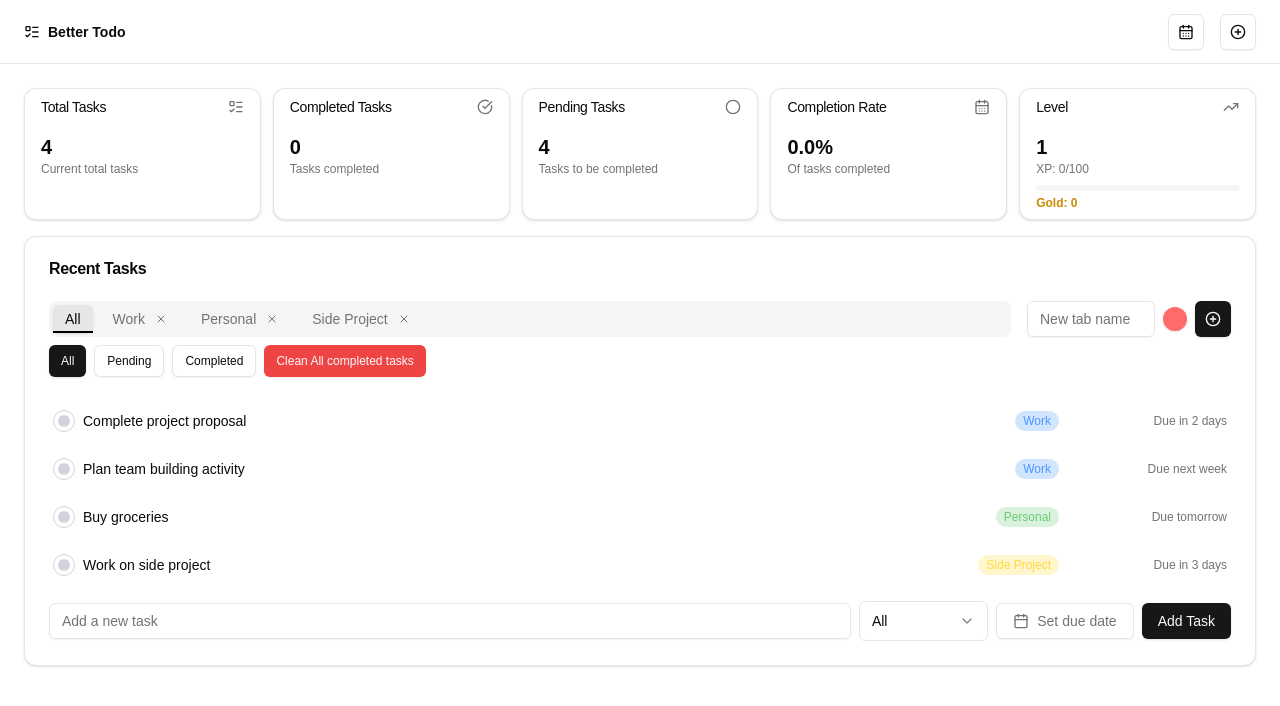
Repository: malikbarbier7/better-todo
Page: /dashboard
These files come from the project's save history. The page is drawn as it stood at one moment and after the next save; the edit follows.
The browser window is 1280 px wide. The pictures show the whole page.
The project was rebuilt for these pictures with package versions that can differ from the ones it lists, and the page was loaded fresh each time. The framework's server and built-in components were replaced by stand-ins that run in the browser. Also part of the build but not shown: next.config.js, next.config.mjs, components/ui/calendar.tsx.

Above is the page before, as saved 2024-10-04 15:02:58.

### app/dashboard/page.tsx
import { Dashboard } from '@/components/dashboard'

export default function DashboardPage() {
  return <Dashboard />
}

### components/dashboard.tsx
'use client'

import React from 'react'
import { Button } from "@/components/ui/button"
import { Card, CardContent, CardHeader, CardTitle } from "@/components/ui/card"
import { Input } from "@/components/ui/input"
import { Tabs, TabsContent, TabsList, TabsTrigger } from "@/components/ui/tabs"
import { CalendarDays, CheckCircle, Circle, ListTodo, PlusCircle, X, ChevronDown, TrendingUp, Calendar as CalendarIcon } from "lucide-react"
import { Progress } from "@/components/ui/progress"
import {
  Select,
  SelectContent,
  SelectItem,
  SelectTrigger,
  SelectValue,
} from "@/components/ui/select"
import { Calendar } from "@/components/ui/calendar"
import {
  Popover,
  PopoverContent,
  PopoverTrigger,
} from "@/components/ui/popover"
import { format, formatDistanceToNow } from "date-fns"
import { cn } from "@/lib/utils"

const pasteColors = [
  '#FF6B6B', // Rouge légèrement pâle
  '#4ECDC4', // Turquoise (bleu-vert) légèrement pâle
  '#FFD93D', // Jaune légèrement pâle
  '#6BCB77', // Vert légèrement pâle
  '#4D96FF', // Bleu légèrement pâle
  '#FF9A8B', // Orange-rose légèrement pâle
  '#9B59B6', // Violet légèrement pâle
  '#FF8C00', // Orange légèrement pâle
];

type Task = {
  id: number;
  name: string;
  status: 'pending' | 'completed';
  category: string;
  dueDate: string;
  xpGained: boolean;
}

type Tab = {
  name: string;
  color: string;
}

type Tasks = {
  [key: string]: Task[];
}

export function Dashboard() {
  const [tabs, setTabs] = React.useState<Tab[]>([
    { name: 'All', color: '#000000' }, // Noir pour l'onglet "All"
    { name: 'Work', color: '#4D96FF' }, // Bleu pour Work
    { name: 'Personal', color: '#6BCB77' }, // Vert pour Personal
    { name: 'Side Project', color: '#FFD93D' } // Jaune pour Side Project
  ])
  const [activeTab, setActiveTab] = React.useState('All')
  const [newTabName, setNewTabName] = React.useState('')
  const [newTaskName, setNewTaskName] = React.useState('')
  const [newTaskSpace, setNewTaskSpace] = React.useState('All')
  const [newTaskDueDate, setNewTaskDueDate] = React.useState<Date | undefined>(undefined)
  const [tasks, setTasks] = React.useState<Tasks>({
    'All': [
      { id: 1, name: 'Complete project proposal', status: 'pending', category: 'Work', dueDate: 'Due in 2 days', xpGained: false },
      { id: 3, name: 'Plan team building activity', status: 'pending', category: 'Work', dueDate: 'Due next week', xpGained: false },
      { id: 4, name: 'Buy groceries', status: 'pending', category: 'Personal', dueDate: 'Due tomorrow', xpGained: false },
      { id: 5, name: 'Work on side project', status: 'pending', category: 'Side Project', dueDate: 'Due in 3 days', xpGained: false },
    ],
    'Work': [
      { id: 1, name: 'Complete project proposal', status: 'pending', category: 'Work', dueDate: 'Due in 2 days', xpGained: false },
      { id: 3, name: 'Plan team building activity', status: 'pending', category: 'Work', dueDate: 'Due next week', xpGained: false },
    ],
    'Personal': [
      { id: 4, name: 'Buy groceries', status: 'pending', category: 'Personal', dueDate: 'Due tomorrow', xpGained: false },
    ],
    'Side Project': [
      { id: 5, name: 'Work on side project', status: 'pending', category: 'Side Project', dueDate: 'Due in 3 days', xpGained: false },
    ],
  })

  const [taskFilter, setTaskFilter] = React.useState('all')
  const [level, setLevel] = React.useState(1)
  const [xp, setXp] = React.useState(0)
  const [gold, setGold] = React.useState(0)
  const [isDatePickerOpen, setIsDatePickerOpen] = React.useState(false);
  const [newTabColor, setNewTabColor] = React.useState(pasteColors[0])
  const [isColorPickerOpen, setIsColorPickerOpen] = React.useState(false)
  const [selectedTab, setSelectedTab] = React.useState<string | null>(null);
  const [deletedTasks, setDeletedTasks] = React.useState<Array<any>>([]);

  const handleAddTab = () => {
    if (newTabName && !tabs.some(tab => tab.name === newTabName)) {
      const newTab = { name: newTabName, color: newTabColor === '#000000' ? pasteColors[0] : newTabColor };
      setTabs([...tabs, newTab]);
      setTasks(prevTasks => ({ ...prevTasks, [newTabName]: [] }));
      setActiveTab(newTabName);
      setNewTaskSpace(newTabName);
      setNewTabName('');
      handleTabColorChange(newTabColor);
      setNewTabColor(pasteColors[0]);
    }
  }

  const handleRemoveTab = (tab: string) => {
    if (tab !== 'All') {
      const newTabs = tabs.filter(t => t.name !== tab)
      const newTasks = { ...tasks }
      delete newTasks[tab]
      setTabs(newTabs)
      setTasks(newTasks)
      setActiveTab('All')
    }
  }

  const handleAddTask = (e: React.FormEvent) => {
    e.preventDefault()
    if (newTaskName) {
      const newTask: Task = {
        id: Date.now(),
        name: newTaskName,
        status: 'pending',
        category: newTaskSpace === 'All' ? 'Uncategorized' : newTaskSpace,
        dueDate: newTaskDueDate ? format(newTaskDueDate, "PPP") : 'Not set',
        xpGained: false
      }
      setTasks(prevTasks => {
        const updatedTasks = { ...prevTasks };
        if (newTaskSpace !== 'All') {
          updatedTasks[newTaskSpace] = [...(updatedTasks[newTaskSpace] || []), newTask];
        }
        updatedTasks['All'] = [...updatedTasks['All'], newTask];
        return updatedTasks;
      })
      setNewTaskName('')
      setNewTaskDueDate(undefined)
    }
  }

  const handleTaskStatusChange = (taskId: string, newStatus: 'completed' | 'pending') => {
    let xpGained = false;
    setTasks(prevTasks => {
      const updatedTasks = { ...prevTasks };
      Object.keys(updatedTasks).forEach(category => {
        updatedTasks[category] = updatedTasks[category].map(task => {
          if (task.id.toString() === taskId) {
            if (task.status === 'pending' && newStatus === 'completed' && !task.xpGained) {
              if (!xpGained) {
                gainXP(10);
                gainGold();
                xpGained = true;
              }
              const completionDate = new Date();
              return {
                ...task,
                status: newStatus,
                xpGained: true,
                dueDate: `Completed ${formatDistanceToNow(completionDate, { addSuffix: true })}`
              };
            } else if (newStatus === 'pending') {
              return { ...task, status: newStatus, dueDate: 'Not set' };
            }
            return { ...task, status: newStatus };
          }
          return task;
        }).sort((a, b) => {
          if (a.status === 'pending' && b.status === 'completed') return -1;
          if (a.status === 'completed' && b.status === 'pending') return 1;
          return 0;
        });
      });
      return updatedTasks;
    });
  };

  const gainXP = (amount: number) => {
    setXp(prevXP => {
      let newXP = prevXP + amount;
      let newLevel = level;
      while (newXP >= 100) {
        newXP -= 100;
        newLevel += 1;
      }
      setLevel(newLevel);
      return newXP;
    });
  };

  const gainGold = () => {
    const goldEarned = Math.floor(Math.random() * 5) + 1; // Génère un nombre entre 1 et 5
    setGold(prevGold => prevGold + goldEarned);
  };

  // Calculer le nombre total de tâches
  const totalTasks = tasks['All'].length;

  // Calculer le nombre de tâches complétées
  const completedTasks = tasks['All'].filter(task => task.status === 'completed').length;

  // Calculer le nombre de tâches en attente
  const pendingTasks = totalTasks - completedTasks;

  // Calculer le taux de complétion
  const completionRate = totalTasks > 0 ? ((completedTasks / totalTasks) * 100).toFixed(1) : '0.0';

  const filteredTasks = React.useMemo(() => {
    return (tasks[activeTab] || [])
      .filter(task => {
        if (taskFilter === 'all') return true;
        if (taskFilter === 'pending') return task.status === 'pending';
        if (taskFilter === 'completed') return task.status === 'completed';
        return true;
      })
      .sort((a, b) => {
        if (a.status === 'pending' && b.status === 'completed') return -1;
        if (a.status === 'completed' && b.status === 'pending') return 1;
        return 0;
      });
  }, [tasks, activeTab, taskFilter]);

  // Mettre à jour newTaskSpace quand activeTab change
  React.useEffect(() => {
    setNewTaskSpace(activeTab);
  }, [activeTab]);

  const handleDateSelect = (date: Date | undefined) => {
    setNewTaskDueDate(date);
    setIsDatePickerOpen(false);
  };

  const handleTabColorChange = (color: string) => {
    if (selectedTab && selectedTab !== 'All') {
      setTabs(prevTabs =>
        prevTabs.map(tab =>
          tab.name === selectedTab ? { ...tab, color } : tab
        )
      );
      setIsColorPickerOpen(false);
    }
  };

  const handleCleanCompleted = () => {
    setTasks(prevTasks => {
      const updatedTasks = { ...prevTasks };
      for (const category in updatedTasks) {
        const completedTasks = updatedTasks[category].filter(task => task.status === 'completed');
        setDeletedTasks(prev => [...prev, ...completedTasks]);
        updatedTasks[category] = updatedTasks[category].filter(task => task.status !== 'completed');
      }
      return updatedTasks;
    });
  };

  return (
    <div className="flex flex-col min-h-screen">
      <header className="flex items-center h-16 px-4 border-b shrink-0 md:px-6">
        <nav className="flex-1">
          <ul className="flex items-center gap-4 text-sm font-medium">
            <li className="flex items-center gap-2">
              <ListTodo className="w-4 h-4" />
              <span className="font-bold">Better Todo</span>
            </li>
          </ul>
        </nav>
        <div className="flex items-center gap-4 md:gap-2 lg:gap-4">
          <Button variant="outline" size="icon">
            <CalendarDays className="w-4 h-4" />
            <span className="sr-only">View calendar</span>
          </Button>
          <Button variant="outline" size="icon">
            <PlusCircle className="w-4 h-4" />
            <span className="sr-only">Create new task</span>
          </Button>
        </div>
      </header>
      <main className="flex-1 overflow-auto p-4 md:p-6">
        <div className="grid gap-3 md:grid-cols-3 lg:grid-cols-5">
          {[
            { title: "Total Tasks", icon: <ListTodo className="w-4 h-4 text-muted-foreground" />, value: totalTasks, description: "Current total tasks" },
            { title: "Completed Tasks", icon: <CheckCircle className="w-4 h-4 text-muted-foreground" />, value: completedTasks, description: "Tasks completed" },
            { title: "Pending Tasks", icon: <Circle className="w-4 h-4 text-muted-foreground" />, value: pendingTasks, description: "Tasks to be completed" },
            { title: "Completion Rate", icon: <CalendarDays className="w-4 h-4 text-muted-foreground" />, value: `${completionRate}%`, description: "Of tasks completed" },
            { title: "Level", icon: <TrendingUp className="w-4 h-4 text-muted-foreground" />, value: level, description: `XP: ${xp}/100`, extraContent: (
              <>
                <Progress value={(xp / 100) * 100} className="mt-2 h-1.5" />
                <p className="text-xs font-semibold text-yellow-600 mt-1">Gold: {gold}</p>
              </>
            ) },
          ].map((card, index) => (
            <Card key={index} className="overflow-hidden">
              <CardHeader className="flex flex-row items-center justify-between space-y-0 py-2 px-4">
                <CardTitle className="text-sm font-medium">{card.title}</CardTitle>
                {card.icon}
              </CardHeader>
              <CardContent className="py-2 px-4">
                <div className="text-xl font-bold">{card.value}</div>
                <p className="text-xs text-muted-foreground">{card.description}</p>
                {card.extraContent}
              </CardContent>
            </Card>
          ))}
        </div>
        <Card className="mt-4">
          <CardHeader>
            <CardTitle>Recent Tasks</CardTitle>
          </CardHeader>
          <CardContent>
            <Tabs value={activeTab} onValueChange={(value) => {
              setActiveTab(value);
              setNewTaskSpace(value); // Mettre  jour newTaskSpace ici aussi
            }} className="w-full">
              <div className="flex flex-col">
                <div className="mb-4">
                  <div className="flex justify-between items-center">
                    <TabsList className="flex-grow justify-start">
                      {tabs.map((tab) => (
                        <TabsTrigger
                          key={tab.name}
                          value={tab.name}
                          className="flex items-center mx-1 first:ml-0 last:mr-0 relative"
                          style={{
                            backgroundColor: activeTab === tab.name ? `${tab.color}10` : 'transparent'
                          }}
                          onClick={() => setSelectedTab(tab.name)}
                        >
                          {tab.name}
                          {tab.name !== 'All' && (
                            <Button
                              variant="ghost"
                              size="icon"
                              className="ml-2 h-4 w-4"
                              onClick={(e) => {
                                e.stopPropagation()
                                handleRemoveTab(tab.name)
                              }}
                            >
                              <X className="h-3 w-3" />
                            </Button>
                          )}
                          <div
                            className="absolute bottom-0 left-0 right-0 h-0.5 transition-all duration-300 ease-in-out"
                            style={{
                              backgroundColor: tab.color,
                              opacity: activeTab === tab.name ? 1 : 0,
                              transform: `scaleX(${activeTab === tab.name ? 1 : 0})`
                            }}
                          />
                        </TabsTrigger>
                      ))}
                    </TabsList>
                    <div className="flex items-center space-x-2 ml-4">
                      <form onSubmit={(e) => {
                        e.preventDefault();
                        handleAddTab();
                      }}>
                        <Input
                          placeholder="New tab name"
                          value={newTabName}
                          onChange={(e) => setNewTabName(e.target.value)}
                          className="w-32"
                        />
                      </form>
                      <Popover open={isColorPickerOpen} onOpenChange={setIsColorPickerOpen}>
                        <PopoverTrigger asChild>
                          <Button
                            style={{ backgroundColor: selectedTab && selectedTab !== 'All' ? tabs.find(t => t.name === selectedTab)?.color : newTabColor }}
                            className="w-6 h-6 rounded-full p-0"
                            onClick={() => setIsColorPickerOpen(true)}
                            disabled={selectedTab === 'All'}
                          />
                        </PopoverTrigger>
                        <PopoverContent className="w-auto p-1">
                          <div className="grid grid-cols-4 gap-1">
                            {pasteColors.map((color) => (
                              <Button
                                key={color}
                                style={{ backgroundColor: color }}
                                className="w-5 h-5 rounded-full p-0"
                                onClick={() => {
                                  if (selectedTab && selectedTab !== 'All') {
                                    handleTabColorChange(color);
                                  } else {
                                    setNewTabColor(color);
                                    setIsColorPickerOpen(false);
                                  }
                                }}
                              />
                            ))}
                          </div>
                        </PopoverContent>
                      </Popover>
                      <Button onClick={handleAddTab} size="icon">
                        <PlusCircle className="h-4 w-4" />
                      </Button>
                    </div>
                  </div>
                  <div className="flex justify-start mt-2">
                    <div className="flex items-center space-x-2">
                      <Button
                        size="sm"
                        variant={taskFilter === 'all' ? 'default' : 'outline'}
                        onClick={() => setTaskFilter('all')}
                      >
                        All
                      </Button>
                      <Button
                        size="sm"
                        variant={taskFilter === 'pending' ? 'default' : 'outline'}
                        onClick={() => setTaskFilter('pending')}
                      >
                        Pending
                      </Button>
                      <Button
                        size="sm"
                        variant={taskFilter === 'completed' ? 'default' : 'outline'}
                        onClick={() => setTaskFilter('completed')}
                      >
                        Completed
                      </Button>
                      <Button
                        size="sm"
                        variant="destructive"
                        onClick={handleCleanCompleted}
                      >
                        Clean All completed tasks
                      </Button>
                    </div>
                  </div>
                </div>
                <div>
                  {tabs.map((tab) => (
                    <TabsContent key={tab.name} value={tab.name}>
                      <div className="space-y-2">
                        {filteredTasks.map((task) => (
                          <div
                            key={task.id}
                            className="flex items-center p-1 rounded-md h-10" // Réduit la hauteur à h-10 et le padding à p-1
                          >
                            <div className="relative">
                              {task.status === 'completed' ? (
                                <button
                                  className="p-1 bg-green-500 text-white rounded-full no-tap-highlight"
                                  onClick={() => handleTaskStatusChange(task.id.toString(), 'pending')}
                                >
                                  <CheckCircle className="w-3 h-3" />
                                </button>
                              ) : (
                                <button
                                  className="p-1 border border-gray-300 rounded-full flex items-center justify-center no-tap-highlight"
                                  onClick={() => handleTaskStatusChange(task.id.toString(), 'completed')}
                                >
                                  <div className="w-3 h-3 bg-gray-300 rounded-full"></div>
                                </button>
                              )}
                            </div>
                            <div className="flex items-center w-full">
                              <span className={`ml-2 flex-1 ${task.status === 'completed' ? 'line-through' : ''} overflow-hidden text-ellipsis whitespace-nowrap text-sm`}>
                                {task.name}
                              </span>
                              <div className="flex items-center justify-end space-x-2 min-w-[300px]">
                                <span
                                  className="text-xs px-2 py-0.5 rounded-full whitespace-nowrap"
                                  style={{
                                    backgroundColor: tabs.find(tab => tab.name === task.category)?.color + '40',
                                    color: tabs.find(tab => tab.name === task.category)?.color
                                  }}
                                >
                                  {task.category}
                                </span>
                                <span className="text-xs text-muted-foreground w-40 text-right whitespace-nowrap overflow-hidden text-ellipsis">
                                  {task.dueDate}
                                </span>
                              </div>
                            </div>
                          </div>
                        ))}
                      </div>
                      <form onSubmit={handleAddTask} className="mt-4 flex items-center space-x-2">
                        <Input
                          placeholder="Add a new task"
                          value={newTaskName}
                          onChange={(e) => setNewTaskName(e.target.value)}
                          className="flex-grow"
                        />
                        <Select
                          value={tabs.some(tab => tab.name === newTaskSpace) ? newTaskSpace : 'All'}
                          onValueChange={setNewTaskSpace}
                        >
                          <SelectTrigger className="w-[180px]">
                            <SelectValue placeholder="Select space" />
                          </SelectTrigger>
                          <SelectContent>
                            {tabs.map((tab) => (
                              <SelectItem key={tab.name} value={tab.name}>{tab.name}</SelectItem>
                            ))}
                          </SelectContent>
                        </Select>
                        <Popover open={isDatePickerOpen} onOpenChange={setIsDatePickerOpen}>
                          <PopoverTrigger asChild>
                            <Button
                              variant={"outline"}
                              className={cn(
                                "w-[180px] justify-start text-left font-normal",
                                !newTaskDueDate && "text-muted-foreground"
                              )}
                              onClick={() => setIsDatePickerOpen(true)}
                            >
                              <CalendarIcon className="mr-2 h-4 w-4" />
                              {newTaskDueDate ? format(newTaskDueDate, "PPP") : <span>Set due date</span>}
                            </Button>
                          </PopoverTrigger>
                          <PopoverContent className="w-auto p-0">
                            <Calendar
                              mode="single"
                              selected={newTaskDueDate}
                              onSelect={handleDateSelect}
                              initialFocus
                            />
                          </PopoverContent>
                        </Popover>
                        <Button type="submit">Add Task</Button>
                      </form>
                    </TabsContent>
                  ))}
                </div>
              </div>
            </Tabs>
          </CardContent>
        </Card>
      </main>
    </div>
  )
}

Loaded but not shown: app/layout.tsx (common file); lib/utils.ts (common file); tailwind.config.ts (common file); components/ui/select.tsx (121 lines, source omitted); app/globals.css (97 lines, source omitted); components/ui/tabs.tsx (55 lines, source omitted); components/ui/card.tsx (76 lines, source omitted); components/ui/button.tsx (57 lines, source omitted); components/ui/popover.tsx (33 lines, source omitted); components/ui/input.tsx (25 lines, source omitted); components/ui/progress.tsx (28 lines, source omitted)

After the next save:
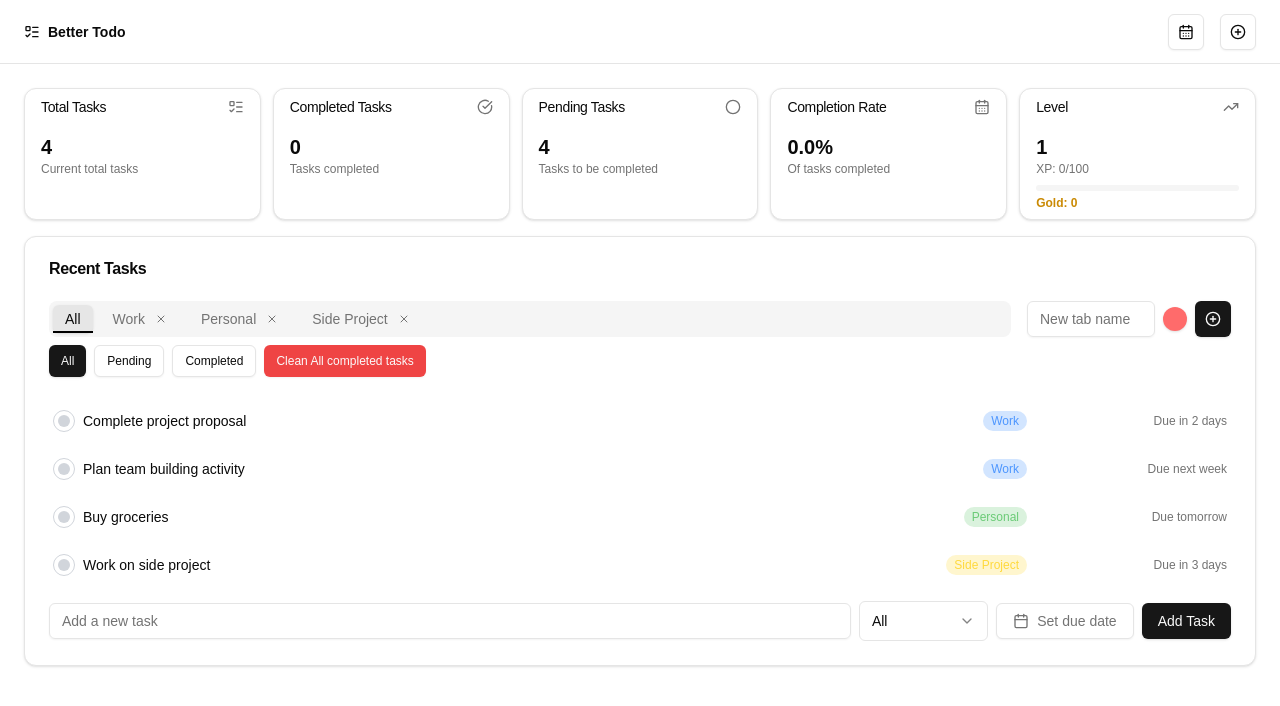
Saved 4 min 28 s later.
--- a/components/dashboard.tsx
+++ b/components/dashboard.tsx
@@ -159,7 +159,7 @@ export function Dashboard() {
                 ...task,
                 status: newStatus,
                 xpGained: true,
-                dueDate: `Completed ${formatDistanceToNow(completionDate, { addSuffix: true })}`
+                dueDate: `Completed ${formatDistanceToNow(completionDate, { addSuffix: true, includeSeconds: true })}`
               };
             } else if (newStatus === 'pending') {
               return { ...task, status: newStatus, dueDate: 'Not set' };
@@ -471,7 +471,7 @@ export function Dashboard() {
                                 >
                                   {task.category}
                                 </span>
-                                <span className="text-xs text-muted-foreground w-40 text-right whitespace-nowrap overflow-hidden text-ellipsis">
+                                <span className="text-xs text-muted-foreground w-48 text-right whitespace-nowrap overflow-hidden text-ellipsis">
                                   {task.dueDate}
                                 </span>
                               </div>
